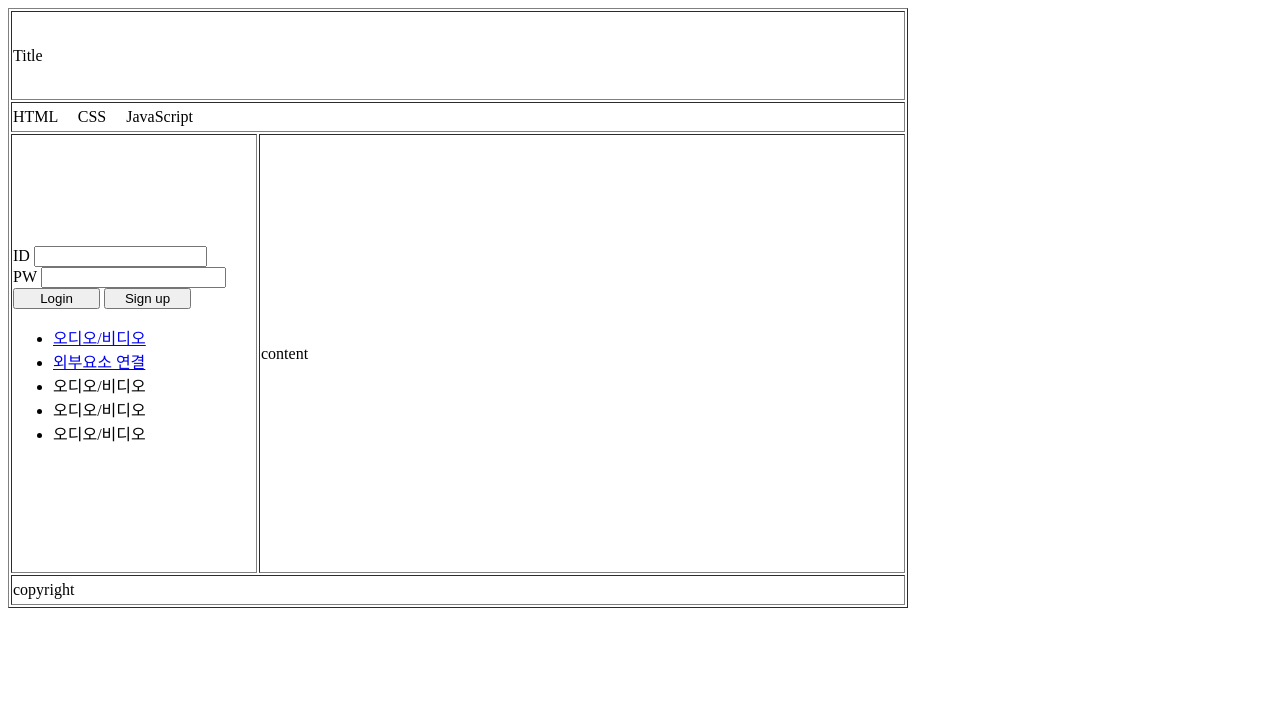
Repository: Hwangjiwon/MultiCampus
Page: http://localhost/2Study/index.jsp
These files come from the project's save history. The page is drawn as it stood at one moment and after the next save; the edit follows.
The browser window is 1280 px wide. The pictures show the whole page.
The page is served by Tomcat 9.

Above is the page before, as saved 2019-05-31 00:11:59.

After the next save:
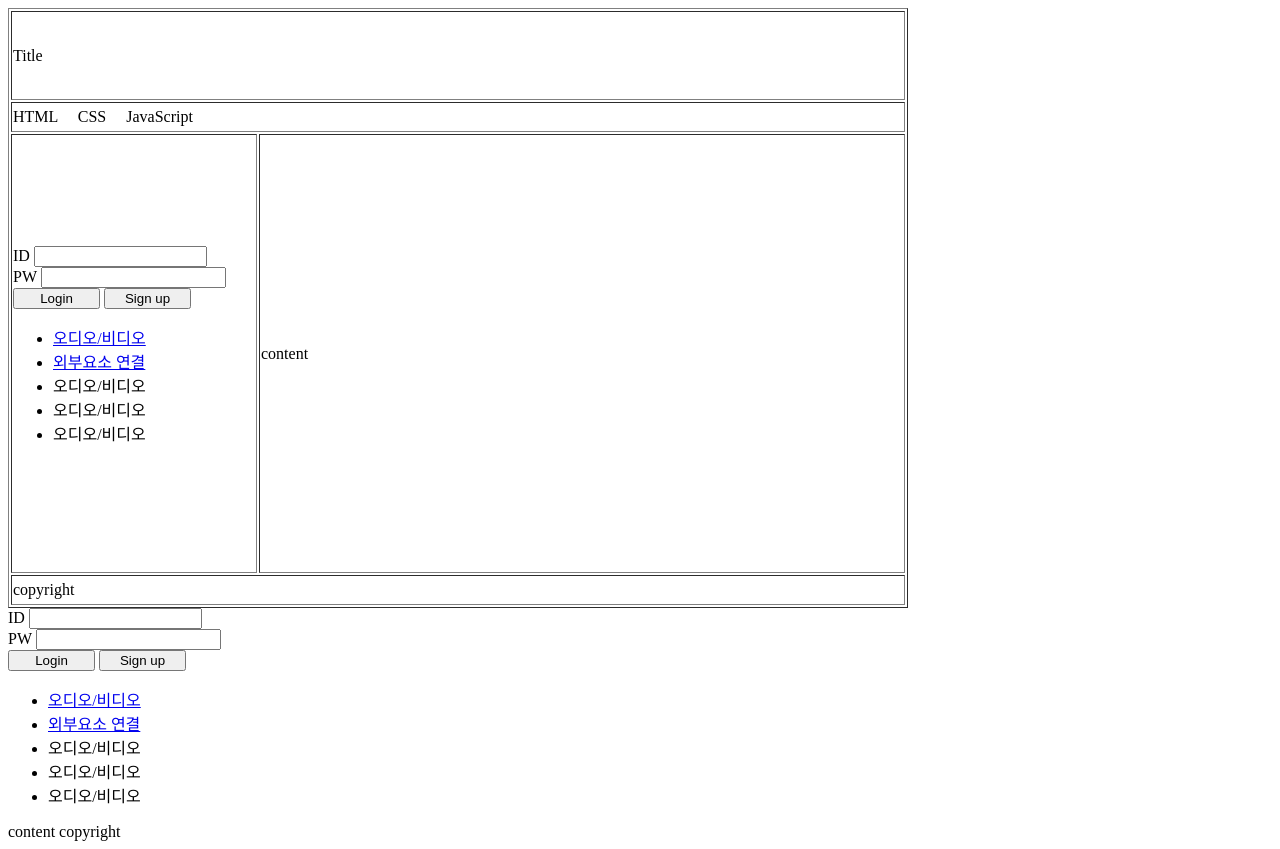
Saved 6 min 7 s later.
--- a/2Study/WebContent/index.jsp
+++ b/2Study/WebContent/index.jsp
@@ -1,15 +1,7 @@
 <%@ page language="java" contentType="text/html; charset=UTF-8"
     pageEncoding="UTF-8"%>
-<!DOCTYPE html>
-<html>
-<head>
-<meta charset="UTF-8">
-<title>HOME</title>
-</head>
-<body>
-	 <table border="1" width="900" height="600">
-      <tr height="15%"><td colspan="2">Title</td></tr>
-      <tr height="5%"><td colspan="2">HTML &nbsp;&nbsp;&nbsp; CSS &nbsp;&nbsp;&nbsp; JavaScript</td></tr>
+<jsp:include page="jsp/header.jsp"></jsp:include>
+
       <tr><td width="20%">
       <form style="width: 242px; " method ="post" action ="Main?sign=login">
 					ID <input name = "id" style="width: 165px; "><br>
